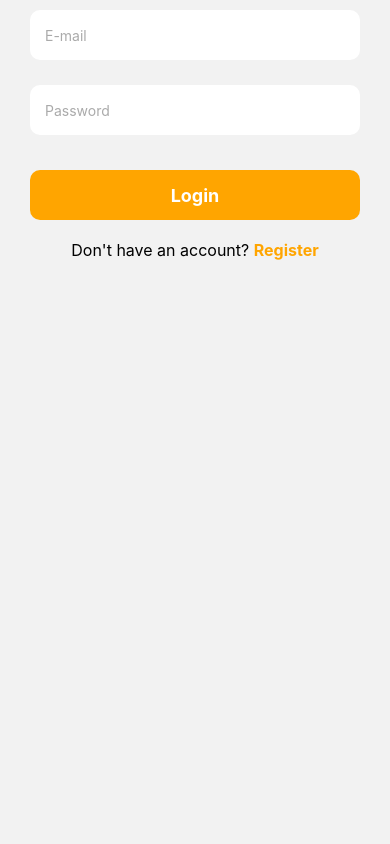
Repository: ds-mbappe/UpShoCal
Screen: /
The author's editor kept a copy of each file at every save. The screen is drawn from the files as they stood at one save, then again after the next save.
The app was drawn by React Native's web renderer in a window 390 px wide. The project was rebuilt for these pictures with package versions that can differ from the ones it lists, and the page was loaded fresh each time. Also part of the build but not shown: data.js, Screens/Home.js, Screens/Product.js, Screens/Registration.js.

Above is the screen before, as saved 2022-06-07 13:33:19.

After the next save:
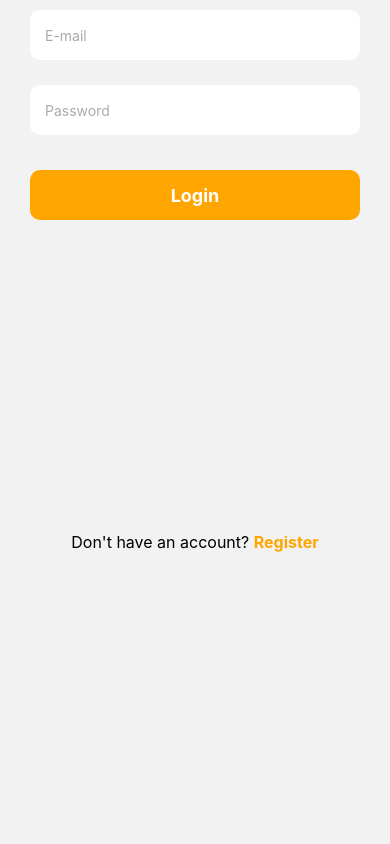
Saved 8 min 23 s later.
--- a/Screens/Login.js
+++ b/Screens/Login.js
@@ -23,7 +23,10 @@
 
   return (
     <View style={styles.container}>
-      <ScrollView style={{ flex: 1, width: "100%" }}>
+      <ScrollView
+        style={{ flex: 1, width: "100%" }}
+        contentContainerStyle={{ flexGrow: 1, justifyContent: "center" }}
+      >
         <TextInput
           style={styles.input}
           placeholder="E-mail"
